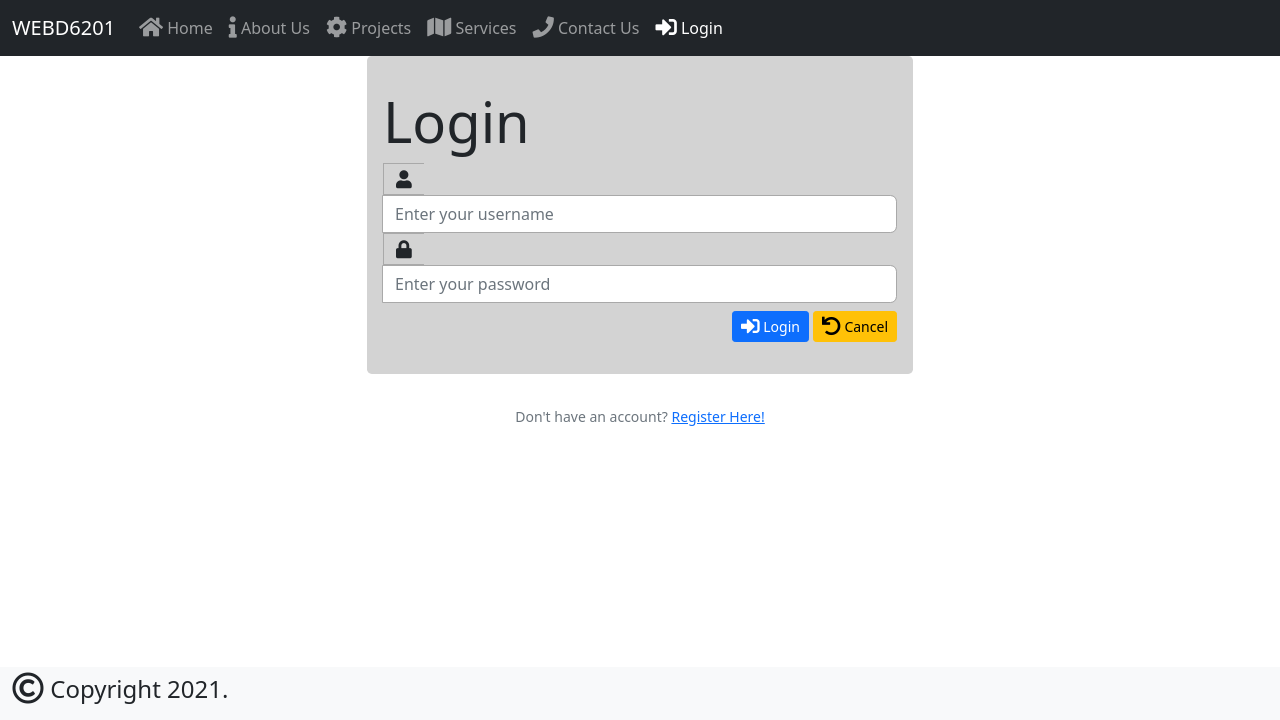
Repository: GarlicButterBoy/WEBD6201-ICE05
Page: login.html
These files come from the project's save history. The page is drawn as it stood at one moment and after the next save; the edit follows.
The browser window is 1280 px wide. The pictures show the whole page.

Above is the page before, as saved 2021-02-18 08:25:35.

### login.html
<!DOCTYPE html>
<html lang="en">
<head>
    <meta charset="UTF-8">
    <meta name="viewport" content="width=device-width, initial-scale=1.0">
    <title>Login</title>
    <!-- CSS Section -->
    <link rel="stylesheet" href="./node_modules/bootstrap/dist/css/bootstrap.min.css">
    <link rel="stylesheet" href="./node_modules/@fortawesome/fontawesome-free/css/all.min.css">
    <link rel="stylesheet" href="./Content/app.css">
</head>
<body>
    <!-- Main Header -->
    <header>
        <!-- Main Navigation -->
        <nav class="navbar navbar-expand-lg navbar-dark bg-dark">
            <div class="container-fluid">
              <a class="navbar-brand" href="index.html">WEBD6201</a>
              <button class="navbar-toggler" type="button" data-bs-toggle="collapse" data-bs-target="#navbarSupportedContent" aria-controls="navbarSupportedContent" aria-expanded="false" aria-label="Toggle navigation">
                <span class="navbar-toggler-icon"></span>
              </button>
              <div class="collapse navbar-collapse" id="navbarSupportedContent">
                <ul class="navbar-nav me-auto mb-2 mb-lg-0">
                  <li class="nav-item">
                    <a class="nav-link" aria-current="page" href="index.html"><i class="fas fa-home fa-lg"></i> Home</a>
                  </li>

                  <li class="nav-item">
                    <a class="nav-link" aria-current="page" href="about.html"><i class="fas fa-info fa-lg"></i> About Us</a>
                  </li>

                  <li class="nav-item">
                    <a class="nav-link" aria-current="page" href="projects.html"><i class="fas fa-cog fa-lg"></i> Projects</a>
                  </li>

                  <li class="nav-item">
                    <a class="nav-link" aria-current="page" href="services.html"><i class="fas fa-map fa-lg"></i> Services</a>
                  </li>

                  <li class="nav-item">
                    <a class="nav-link" aria-current="page" href="contact.html"><i class="fas fa-phone fa-lg"></i> Contact Us</a>
                  </li>
                  <li id="login" class="nav-item">
                    <a class="nav-link active" aria-current="page" href="login.html"><i class="fas fa-sign-in-alt fa-lg"></i> Login</a>
                  </li>
                </ul>
              </div>
            </div>
          </nav>
    </header>

    <!-- Main Content -->
    <main class="container" id="mainContent">
      <div class="row">
          <div class="offset-md-3 col-md-6 col-sm-12">
                <div class="login" id="contentArea">
                    <h1 class="display-4">Login</h1>





                    <form id="loginForm" novalidate>

                      <div class="form-groupmb-2">
                        <div class="input-group">
                          <span class="input-group-addon">
                            <i class="fa fa-user">
                            </i>
                          </span>
                          <input type="text" class="form-control" id="contactName" name="username"  required
                          value="" placeholder="Enter your username">
                        </div>

                      </div>

                      <div class="form-group mb-2">
                        <div class="input-group">
                          <span class="input-group-addon">
                            <i class="fa fa-lock">
                            </i>
                          </span>
                          <input type="password" class="form-control" id="password" name="password"  required
                          value="" placeholder="Enter your password">
                        </div>

                      </div>
                      <div class="text-end">
                        <button id="submitButton" type="button" class="btn btn-primary btn-sm"><i class="fas fa-sign-in-alt fa-lg"></i> Login</button>
                        <button id="cancelButton" type="button" class="btn btn-warning btn-sm"><i class="fas fa-undo fa-lg"></i> Cancel</button>
                      </div>
                    </form>

                </div>
                <p class="text-center text-muted small">
                  Don't have an account?
                  <a href="register.html">Register Here!</a>
                </p>
          </div>
      </div>
  </main>

    <!-- Main Footer -->
    <footer>
        <nav class="navbar fixed-bottom navbar-light bg-light">
            <div class="container-fluid">
              <h4><i class="far fa-copyright fa-lg"></i> Copyright 2021.</h4>
            </div>
          </nav>
    </footer>

    <!-- Script Section-->
    <script src="./node_modules/jquery/dist/jquery.min.js"></script>
    <script src="./node_modules/bootstrap/dist/js/bootstrap.bundle.min.js"></script>

    <script src="./Scripts/namespace.js"></script>
    <script src="./Scripts/user.js"></script>
    <script src="./Scripts/app.js"></script>

</body>
</html>

### Content/app.css
/* custom css goes here */
.input-group-addon:first-child
{
    border-right: 0;
}

.input-group-addon
{
    padding: 6px 12px;
    font-size: 14px;
    font-weight: 400;
    line-height: 1;
    text-align: center;
    border: 1px solid darkgrey;
    border-radius: 4xpx;
}

.input-group-addon .fa
{
    font-size: 18px;
}

.input-group .form-control
{
    position:relative;
    z-index: 2;
    float:left;
    width: 100%;
    margin-bottom: 0;
}

.input-group .form-control:last-child
{
    border-top-left-radius: 0;
    border-bottom-left-radius: 0;
}



.login
{
    padding: 2rem 1rem;
    margin-bottom: 2rem;
    background-color: lightgrey;
    border-radius: .3rem;
}

.login input
{
    background-color: white;
    border-color: darkgrey;
    border-radius: .4em;
    width: 100%;
}

### Scripts/namespace.js

//namespace core
let core;

### Scripts/user.js
"use strict";
// User Class

((core)=>
{
  class User
  {
    // getters and setters
    get DisplayName()
    {
      return this.m_displayName;
    }

    set DisplayName(value)
    {
      this.m_displayName = value;
    }

    get EmailAddress()
    {
      return this.m_emailAddress;
    }

    set EmailAddress(value)
    {
      this.m_emailAddress = value;
    }

    get Username()
    {
      return this.m_username;
    }

    set Username(value)
    {
      this.m_username = value;
    }

    get Password()
    {
      return this.m_password;
    }

    set Password(value)
    {
      this.m_password = value;
    }

    // constructor

    /**
     * Creates an instance of User.
     * @param {string} [displayName=""]
     * @param {string} [emailAddress=""]
     * @param {string} [username=""]
     * @param {string} [password=""]
     */
    constructor(displayName = "", emailAddress = "", username = "", password="")
    {
      this.DisplayName = displayName;
      this.EmailAddress = emailAddress;
      this.Username = username;
      this.Password = password;
    }

    // methods

    /**
     * This method overrides the built-in toString method for the User class
     *
     * @returns {string}
     */
    toString()
    {
      return `Display Name     : ${this.DisplayName} \nEmail Address : ${this.EmailAddress} \nUsername : ${this.Username}`;
    }

    /**
     * This method returns a JSON object made up of the properties of the User class
     *
     * @returns {Object}
     */
    toJSON()
    {
      return {
        "DisplayName": this.DisplayName,
        "EmailAddress": this.EmailAddress,
        "Username": this.Username
      }
    }

    /**
     * This method takes a JSON data object and assigns the values to the User class properties
     *
     * @param {Object} data
     */
    fromJSON(data)
    {
      this.DisplayName = data.DisplayName;
      this.EmailAddress = data.EmailAddress;
      this.Username = data.Username;
      this.Password = data.Password;
    }

    /**
     * This method converts the User into a comma-separated value string
     *
     * @returns {string}
     */
    serialize()
    {
      if(this.DisplayName !== "" && this.EmailAddress !== "" && this.Username !== "")
      {
        return `${this.DisplayName},${this.EmailAddress},${this.Username}`;
      }
      else
      {
        console.error("One or more properties of the User is empty");
        return null;
      }
    }

    /**
     * This method takes a comma-separated data string and assigns the values to the User class properties
     *
     * @param {string} data
     * @return {void}
     */
    deserialize(data)
    {
      let propertyArray = data.split(",");
      this.DisplayName = propertyArray[0];
      this.EmailAddress = propertyArray[1];
      this.Username = propertyArray[2];
    }
  }

  core.User = User;

})(core || (core={}));

### Scripts/app.js
/* custom JavaScript goes here */

//IIFE - Immediately Invoked Function Expression
//AKA - Anonymous Self-Executing Function
//Closure - limits scope leak

"use strict";
/* Example of a class being created with brand new functions
let myContact =
{
  "firstName":"Nick SF",
  "contactNumber":"905-123-4567",
  "emailAddress":"email@test.com",
  "saysHello":function() { console.log(`${fullName} says Hello!`); },
  "someOtherObject":{  "friendsList":["Tony", "Stephen", "Peter"]  }

};*/

((core) =>
{
    function displayHome()
    {
/*
      $("button").on("mouseover", function(){
        console.log("JQuery Click");
      });

      let myButton = document.querySelectorAll("button")[1];
      myButton.addEventListener("click", () => {
        console.log("Button Clicked!");
      });
*/
      //console.log(myButton);

        let paragraphOneText =
          "This is a simple site to demonstrate DOM Manipulation for ICE 1";

        let paragraphOneElement = document.getElementById("paragraphOne");

        paragraphOneElement.textContent = paragraphOneText;
        paragraphOneElement.className = "fs-5";

        // Step 1. document.createElement
        let newParagraph = document.createElement("p");
        // Step 2. configure the element
        newParagraph.setAttribute("id", "paragraphTwo");
        newParagraph.textContent = "...And this is paragraph two";
        // Step 3. select the parent element
        let mainContent = document.getElementsByTagName("main")[0];
        // Step 4. Add / Insert the element
        mainContent.appendChild(newParagraph);

        newParagraph.className = "fs-6";

        // another way of injecting content
        let paragraphDiv = document.createElement("div");
        let paragraphThree = `<p id="paragraphThree" class="fs-7 fw-bold">And this is the Third Paragraph</p>`;
        paragraphDiv.innerHTML = paragraphThree;

        // insertions

        // example of inserting before a node
        //newParagraph.before(paragraphDiv);

        // example of inserting after a node
        newParagraph.after(paragraphDiv);

        // deletions

        // example of removing a single element
        //paragraphOneElement.remove();

        // example of removeChild
        mainContent.removeChild(paragraphOneElement);

        // update / modification
        //mainContent.firstElementChild.textContent = "Welcome Home!";

        mainContent.innerHTML = `<h1 id="firstHeading">Welcome to WEBD6201 - Lab 1</h1>
         <p id="paragraphOne" class="fs-3 fw-bold">This is my first Paragraph</p>
        `;

    }

    function displayAbout()
    {

    }

    function displayProjects()
    {

    }

    function displayServices()
    {

    }

    function displayContact()
    {
        TestFullName();
        TestContactNumber();
        TestEmailAddress();

        //let fullName = document.getElementById("fullName");
        //fullName.addEventListener("blur", function() {});

        $("#sendButton").on("click", (event)=>
        {
          if ($("#subscribeCheckbox")[0].checked)
          {
            let contact = new core.Contact(fullName.value, contactNumber.value, emailAddress.value);
            if(contact.serialize()) //checking if the serialized object exists
            {
              let key = contact.FullName.substring(0, 1) + Date.now();

              localStorage.setItem(key, contact.serialize());
            }
          }
        });


    }
    function displayContactList()
    {
      /*
      //Step 1: Create an XHR Object
      let XHR = new XMLHttpRequest();

      //Step 2: Open the connection to file/url
      XHR.open("GET", "./Data/contacts.json");

      //Step 3: Send request to the server
      XHR.send();

      //Step 4: Listen for a response
      XHR.addEventListener("readystatechange", function()
      {
        let contactData = "";
        //Step 5: Ensure the server is ready and there are no errors
        if (XHR.readyState === 4 && XHR.status === 200)
        {
          let contacts = JSON.parse(XHR.responseText).contacts;


          let contactIndex = 0;

          //Step 6: Do something with the data
          for (const contact of contacts)
          {

            let newContact = new core.Contact();
            newContact.fromJSON(contact);

            contactData += `<tr>
                    <th scope="row">${contactIndex}</th>
                    <td>${newContact.FullName}</td>
                    <td>${newContact.ContactNumber}</td>
                    <td>${newContact.EmailAddress}</td>
                    <td class="text-center"><button class="btn btn-primary btn-sm edit" value="${contactIndex}"><i class="fas fa-sm fa-edit"></i> Edit</button></td>
                    <td class="text-center"><button class="btn btn-warning btn-sm delete" value="${contactIndex}"><i class="fas fa-sm fa-trash-alt"></i> Delete</button></td>
                    </tr>`;
            contactIndex++;
          }
          //console.log(JSON.parse(XHR.responseText));


        }

      });
      */
      //console.log("outside the event listener" + XHR.responseText);

      if(localStorage.length > 0)
      {
        let contactList = document.getElementById("contactList");

        let data = "";
        let keys = Object.keys(localStorage);

        let index = 1;

        for (const key of keys)
        {
          console.log(key);
          let contactData = localStorage.getItem((key).toString());

          console.log(contactData);

          let contact = new core.Contact();
          contact.deserialize(contactData);

          data += `<tr>
                  <th scope="row">${index}</th>
                  <td>${contact.FullName}</td>
                  <td>${contact.ContactNumber}</td>
                  <td>${contact.EmailAddress}</td>
                  <td class="text-center"><button class="btn btn-primary btn-sm edit" value="${key}"><i class="fas fa-sm fa-edit"></i> Edit</button></td>
                  <td class="text-center"><button class="btn btn-warning btn-sm delete" value="${key}"><i class="fas fa-sm fa-trash-alt"></i> Delete</button></td>
                  </tr>`;
          index++;
        }

        contactList.innerHTML = data;
        //TODO: Create an Edit page
        $("button.edit").on("click", function()
        {
          location.href = "edit.html#" + $(this).val();
        });


        $("button.delete").on("click", function()
        {
          if(confirm("Are you sure?"))
          {
            localStorage.removeItem($(this).val());
          }
          location.href = "contact-list.html";
        });

        $("#addButton").on("click", function()
        {
          location.href = "edit.html";
        })
      }


    }
    function displayEdit()
    {

      let key = location.hash.substring(1);

      let contact = new core.Contact();

      //Simple check to ensure the key is not empty
      if(key != "")
      {
        //get contact info from localStorage
        contact.deserialize(localStorage.getItem(key));
        //Display contact info
        $("#fullName").val(contact.FullName);
        $("#contactNumber").val(contact.ContactNumber);
        $("#emailAddress").val(contact.EmailAddress);
      }
      else
      {
        //modify the page so its an add, not an edit
        $("main>h1").text("Add Contact");
        $("#editButton").html(`<i class="fas fa-plus-square fa-lg"></i> Add`)

      }

      TestFullName();
      TestContactNumber();
      TestEmailAddress();

      //Edit Button
      $("#editButton").one("click", function()
      {

        if (document.forms[0].checkValidity())
        {
          //If key is empty, make new one
        if (key == "")
        {
          key = contact.FullName.substring(0, 1) + Date.now();
        }

        //Update the contact info using the newly typed data
        contact.FullName = $("#fullName").val();
        contact.ContactNumber = $("#contactNumber").val();
        contact.EmailAddress = $("#emailAddress").val();

        //Update localStorage
        localStorage.setItem(key, contact.serialize());
         //Navigate back to the contact-list.html
         location.href = "contact-list.html";
        }

      });
      //Cancel Button
      $("#cancelButton").on("click", function()
      {
        //return to contact-list.html
        location.href = "contact-list.html";
      });

    }

    function TestContactNumber()
    {
      let messageArea = $("#messageArea");
      let contactNumberPattern = /^(\+\d{1,2}\s)?\(?\d{3}\)?[\s.-]\d{3}[\s.-]\d{4}$/;
      // form validation
      $("#contactNumber").on("blur", function()
      {


        if(!contactNumberPattern.test($(this).val()))
          {
              //JQuery example of the lines below
             $(this).trigger("focus").trigger("select");
             messageArea.show().addClass("alert alert-danger").text("Please enter a valid phone number.");
          }
          else
          {
             //JQuery example of the line below
              messageArea.removeAttr("class").hide();
             //messageArea.hidden = true;
             //messageArea.removeAttribute("class");
          }
      });
    }

    function TestEmailAddress()
    {
      let messageArea = $("#messageArea");
      let emailAddressPattern = /^([a-zA-Z0-9._%-]+@[a-zA-Z0-9.-]+\.[a-zA-Z]{2,6})*$/;
      // form validation
      $("#emailAddress").on("blur", function()
      {


        if(!emailAddressPattern.test($(this).val()))
          {
              //JQuery example of the lines below
             $(this).trigger("focus").trigger("select");
             messageArea.show().addClass("alert alert-danger").text("Please enter a valid email address.");
          }
          else
          {
             //JQuery example of the line below
              messageArea.removeAttr("class").hide();
             //messageArea.hidden = true;
             //messageArea.removeAttribute("class");
          }
      });
    }

    function TestFullName()
    {
      //This is the same as below
      let messageArea = $("#messageArea").hide();
      let fullNamePattern = /([A-Z][a-z]{1,25})+(\s|,|-)([A-Z][a-z]{1,25})+(\s|,|-)*/;
      // form validation
      $("#fullName").on("blur", function()
      {


        if(!fullNamePattern.test($(this).val()))
          {
              //JQuery example of the lines below
             $(this).trigger("focus").trigger("select");
             messageArea.show().addClass("alert alert-danger").text("Please enter a valid Full Name. Must have a first and last name, starting with capital letters.");
          }
          else
          {
             //JQuery example of the line below
              messageArea.removeAttr("class").hide();
             //messageArea.hidden = true;
             //messageArea.removeAttribute("class");
          }
      });
  }

  function displayLogin()
  {


    //Cancel Button
    $("#cancelButton").on("click", function()
    {
      //clear the login form
      document.forms[0].reset();

      //return to contact-list.html
      location.href = "index.html";
    });
  }

  function displayRegister()
  {

  }

    function Start()
    {
        console.log("App Started...");




        switch (document.title)
        {
          case "Home":
              displayHome();
            break;
          case "About":
              displayAbout();
            break;
          case "Projects":
              displayProjects();
            break;
          case "Services":
              displayServices();
            break;
          case "Contact":
              displayContact();
            break;
          case "Contact-List":
              displayContactList();
              break;
          case "Edit":
              displayEdit();
            break;
          case "Login":
              displayLogin();
            break;
          case "Register":
              displayRegister();
            break;
        }

    }

    window.addEventListener("load", Start);

    core.Start = Start;


})  (core || (core={}));

Loaded but not shown: node_modules/bootstrap/dist/css/bootstrap.min.css (library); node_modules/@fortawesome/fontawesome-free/css/all.min.css (library); node_modules/jquery/dist/jquery.min.js (library); node_modules/bootstrap/dist/js/bootstrap.bundle.min.js (library)

After the next save:
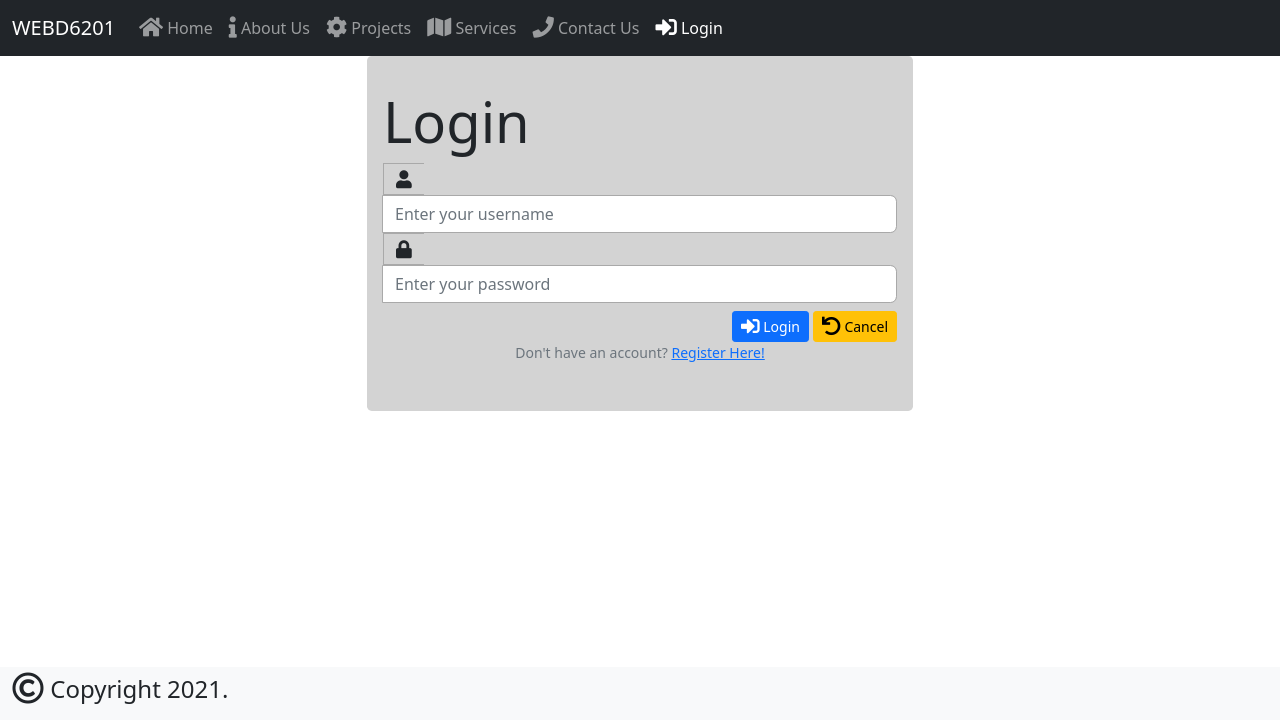
Saved 7 s later.
--- a/login.html
+++ b/login.html
@@ -57,7 +57,7 @@
                     <h1 class="display-4">Login</h1>
 
 
-
+                    <div id
 
 
                     <form id="loginForm" novalidate>

After the 3 saves that followed:
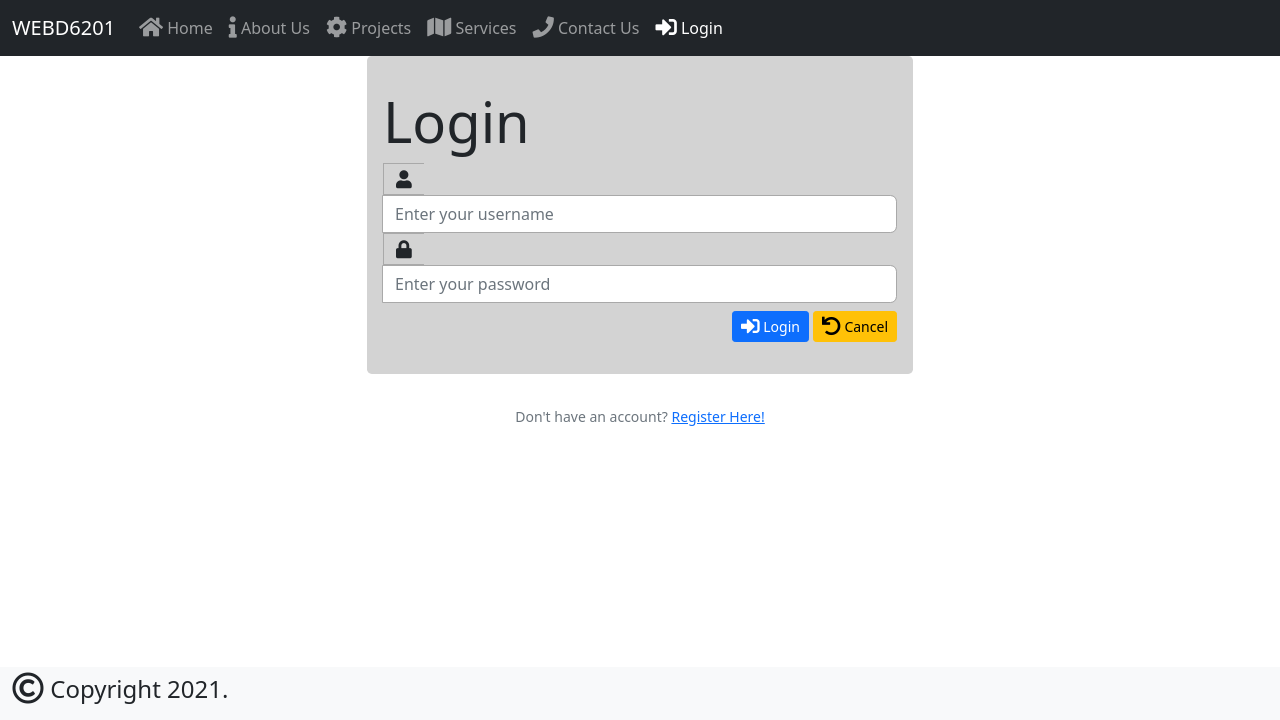
The 3 saves are shown as one change because they came seconds apart.
The last was saved 9 s later.
--- a/login.html
+++ b/login.html
@@ -57,7 +57,7 @@
                     <h1 class="display-4">Login</h1>
 
 
-                    <div id
+                    <div id="messageArea"></div>
 
 
                     <form id="loginForm" novalidate>
